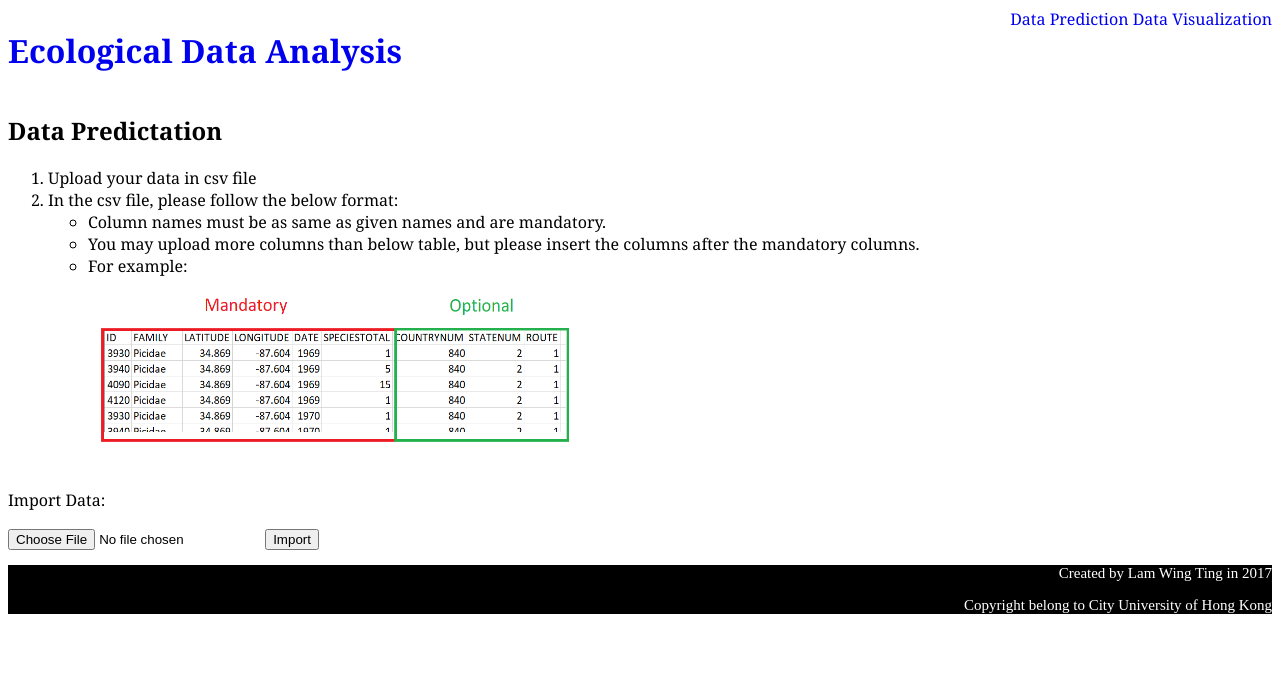
Repository: JenniferLam/FYP
Page: WebAppDev/FYP_webapp/WebContent/prediction/dataPred.html
The author's editor kept a copy of each file at every save. The page is drawn from the files as they stood at one save, then again after the next save.
The browser window is 1280 px wide. The pictures show the whole page.

Above is the page before, as saved 2018-02-02 16:46:30.

After the next save:
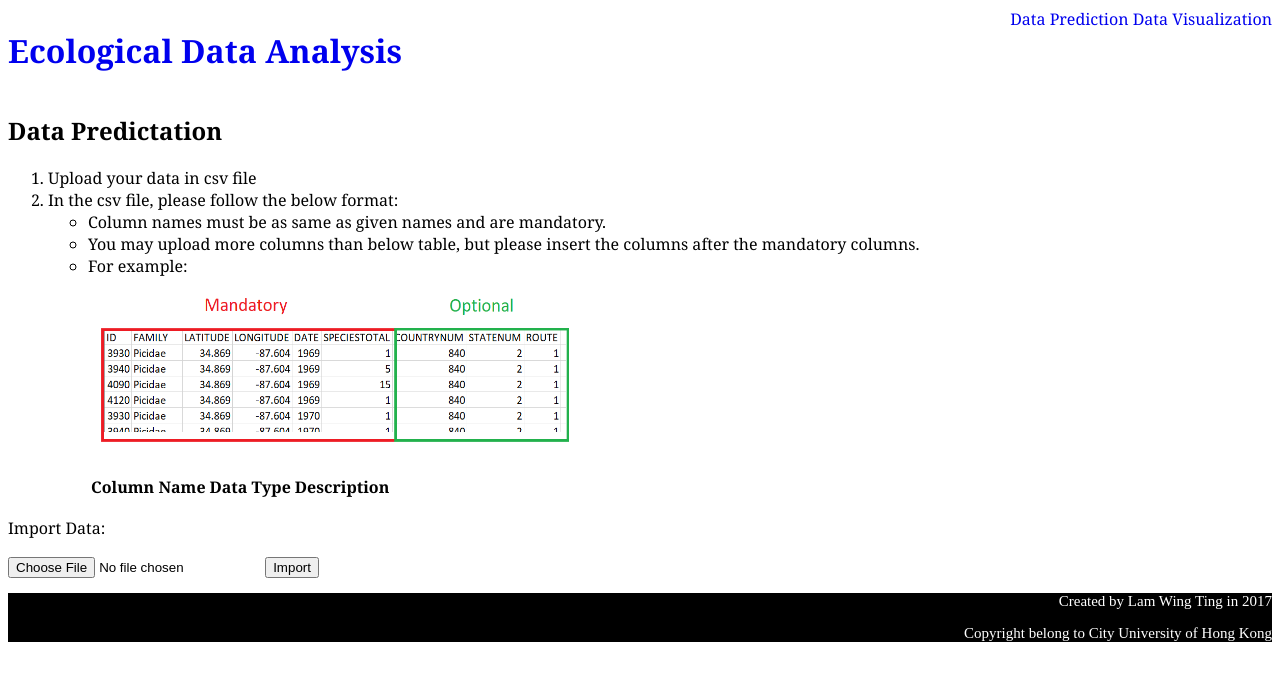
Saved 3 h 4 min later.
--- a/WebAppDev/FYP_webapp/WebContent/prediction/dataPred.html
+++ b/WebAppDev/FYP_webapp/WebContent/prediction/dataPred.html
@@ -55,6 +55,11 @@
 <li>For example: </li>
 <img src="./example.png" alt="Sample File">
 <table>
+<tr>
+<th>Column Name</th>
+<th>Data Type</th>
+<th>Description</th>
+</tr>
 
 
 </table>
